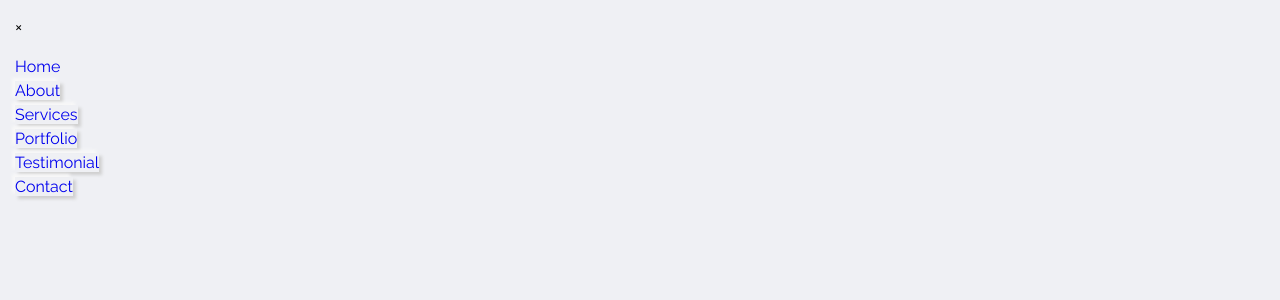
Repository: Mohamed-Hema/Personal-Portfolio---webshala
Page: index.html
These files come from the project's save history. The page is drawn as it stood at one moment and after the next save; the edit follows.
The browser window is 1280 px wide. The pictures show the whole page.

Above is the page before, as saved 2021-05-02 14:10:08.

After the next save:
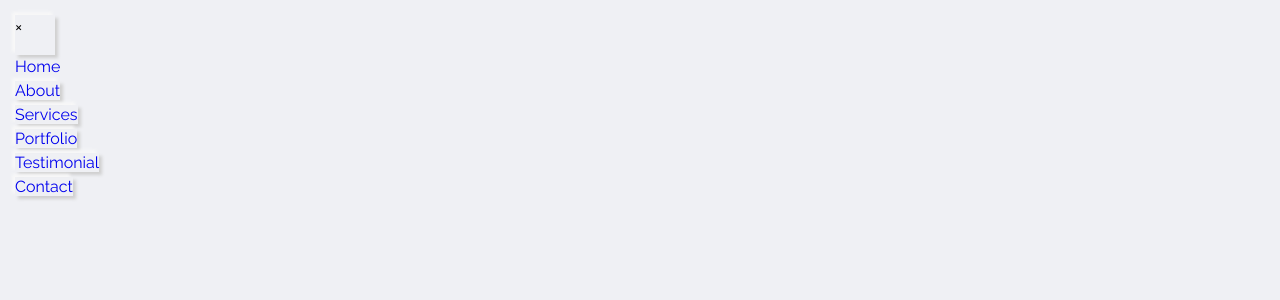
Saved 7 s later.
--- a/index.html
+++ b/index.html
@@ -26,7 +26,7 @@
     <!-- End Header -->
     <!-- Start NavBar -->
     <nav class="nav-menu">
-      <div class="close-nav-menu">&times;</div>
+      <div class="close-nav-menu outer-shadow">&times;</div>
       <div class="nav-menu-inner">
         <ul>
           <li><a href="#" class="inner-shadow active">Home</a></li>
